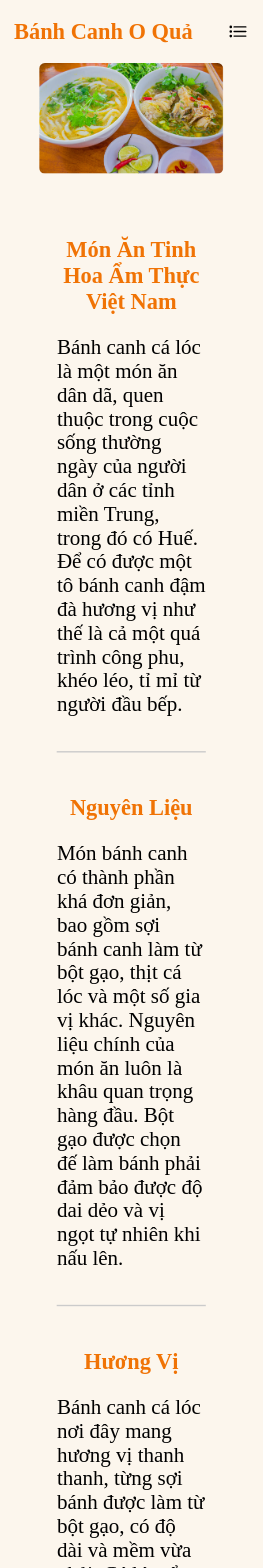
Repository: LeCongTuan2608/AmThuc
Page: public/index.html
These files come from the project's save history. The page is drawn as it stood at one moment and after the next save; the edit follows.
The browser window is 375 px wide. The pictures show the part of the page from y = 0 to 2240 px (the page is 5060 px tall before and 4384 px after), at 70% of full size.
Some web fonts or font styles are not loaded; a fallback is used. The style sheet was rebuilt from its Sass, Less or Tailwind sources for each picture, by a compiler version that may differ from the author's.

Above is the page before, as saved 2022-04-15 12:05:49.

After the next save:
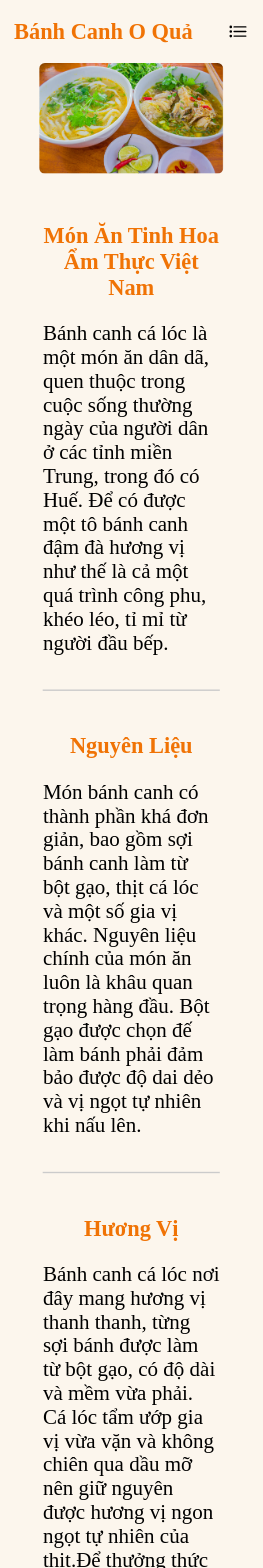
Saved 3 min 54 s later.
--- a/sass/index.scss
+++ b/sass/index.scss
@@ -59,7 +59,6 @@ main #container{
     width: auto;
     height: auto;
     padding: 30px 25px 30px 25px;
-
 }
 .posts{
     border-bottom-style: solid;
@@ -82,3 +81,10 @@ footer{
     height: 200px;
     background-color: $words_Color;
 }
+@media screen and (max-width: 375px) {
+    #contents{
+        width: auto;
+        height: auto;
+        padding: 10px 5px 10px 5px;
+    }
+}
